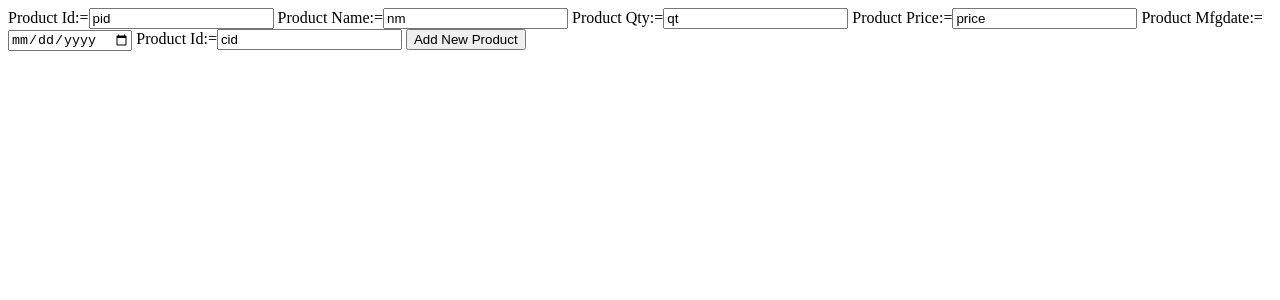
Repository: Yshivamparve0204/Advance_Java
Page: http://localhost/MyRegistrationDemo1/product/addproduct
The author's editor kept a copy of each file at every save. The page is drawn from the files as they stood at one save, then again after the next save.
The browser window is 1280 px wide. The pictures show the whole page.
The page is served by Tomcat 9.

Above is the page before, as saved 2025-12-08 09:31:34.

After the next save:
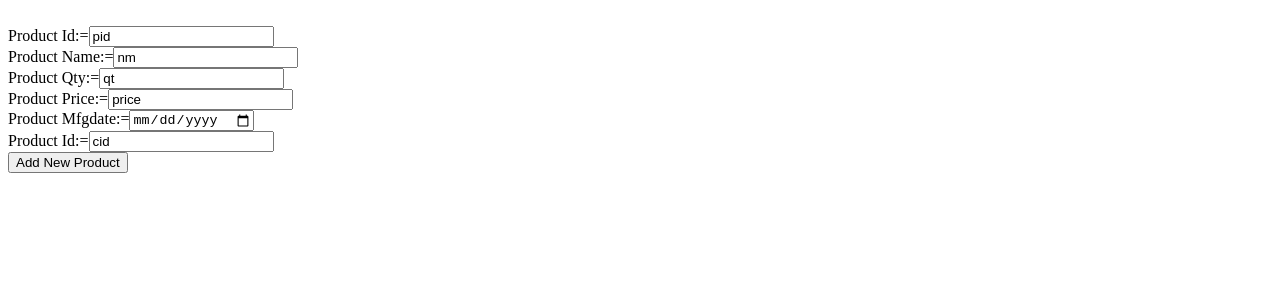
Saved 84 s later.
--- a/MVC_Project/MyRegistrationDemo1/src/main/webapp/WEB-INF/views/insertProduct.jsp
+++ b/MVC_Project/MyRegistrationDemo1/src/main/webapp/WEB-INF/views/insertProduct.jsp
@@ -7,13 +7,13 @@
 <title>Insert title here</title>
 </head>
 <body>
-<from action="/MyRegistrationDemo1//product/insertProduct" method="post">
-Product Id:=<input type="text" name="pid" value="pid"/>
-Product Name:=<input type="text" name="nm" value="nm"/>
-Product Qty:=<input type="text" name="qt" value="qt"/>
-Product Price:=<input type="text" name="price" value="price"/>
-Product Mfgdate:=<input type="date" name="mfgdate" value="mfgdate"/>
-Product Id:=<input type="text" name="cid" value="cid"/>
-<button type="submit" name="btn" id="insert">Add New Product</button>
+<from action="/MyRegistrationDemo1//product/insertProduct" method="post"><br/>
+Product Id:=<input type="text" name="pid" value="pid"/><br/>
+Product Name:=<input type="text" name="nm" value="nm"/><br/>
+Product Qty:=<input type="text" name="qt" value="qt"/><br/>
+Product Price:=<input type="text" name="price" value="price"/><br/>
+Product Mfgdate:=<input type="date" name="mfgdate" value="mfgdate"/><br/>
+Product Id:=<input type="text" name="cid" value="cid"/><br/>
+<button type="submit" name="btn" id="insert">Add New Product</button><br/>
 </body>
 </html>
